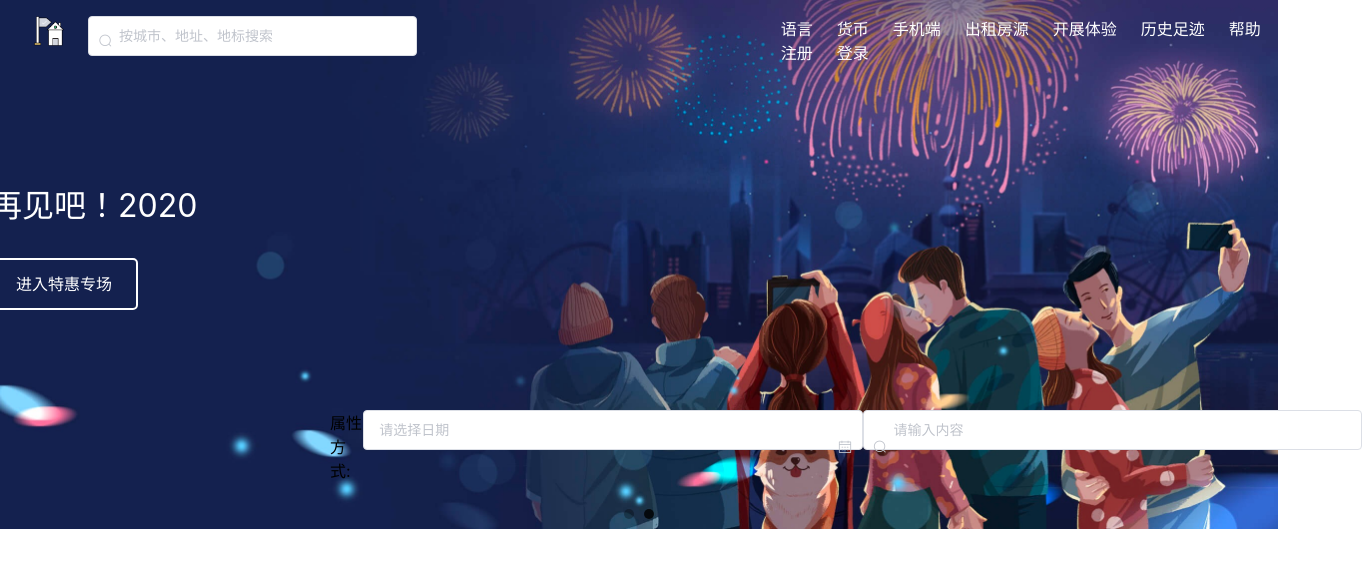
Repository: yz1181214391/my-airbnb
Page: /
These files come from the project's save history. The page is drawn as it stood at one moment and after the next save; the edit follows.
The browser window is 1280 px wide. The page is 1362 px wide, then 1280 px, so the pictures cover 1362 px, including what lies to the right of the window. The pictures show the whole page.
The project was rebuilt for these pictures with package versions that can differ from the ones it lists, and the page was loaded fresh each time. Also part of the build but not shown: src/views/Language.vue, src/views/Currency.vue, src/views/Enter.vue, src/views/Experience.vue, src/views/Help.vue, src/views/History.vue, src/views/Mobile.vue, src/views/Register.vue and 1 more.

Above is the page before, as saved 2020-12-11 13:25:08.

After the next save:
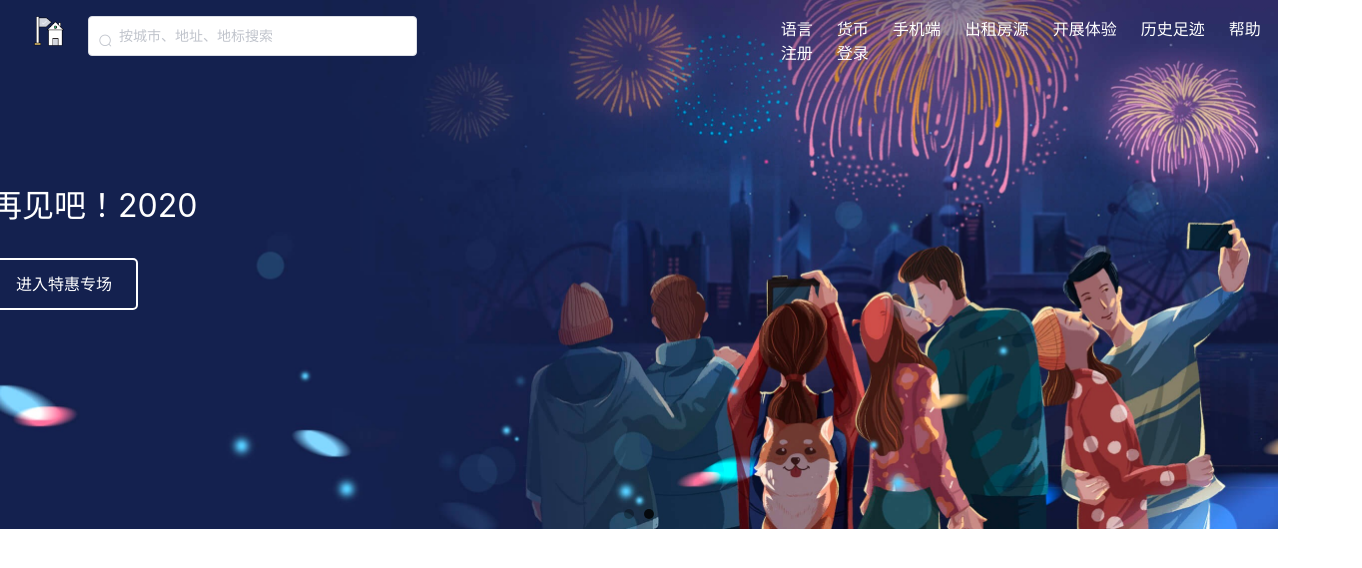
Saved 3 days later.
--- a/src/components/Header.vue
+++ b/src/components/Header.vue
@@ -33,7 +33,7 @@
       <el-row :gutter="20">
         <el-col :span="12" :offset="6" >
           <div class="grid-content bg-purple">
-            <div class="demo-input-suffix" style="display:flex;width:1032px;height:72px;">
+            <!-- <div class="demo-input-suffix" style="display:flex;width:1032px;height:72px;">
               属性方式:
               <el-input
                 placeholder="请选择日期"
@@ -45,7 +45,7 @@
                 prefix-icon="el-icon-search"
                 v-model="input21">
               </el-input>
-            </div>
+            </div> -->
           </div>
         </el-col>
       </el-row>
